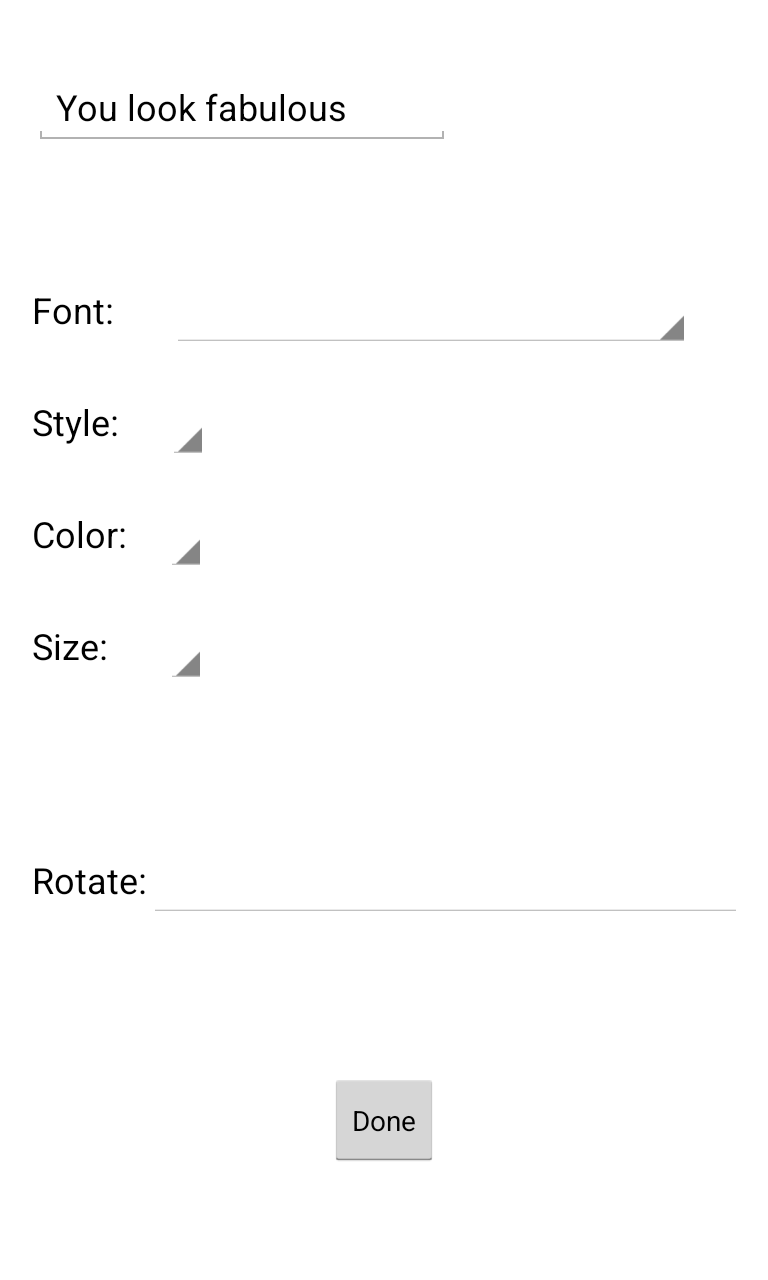
Repository: rtyanas/MyPics
Layout: workspace/MyPic/res/layout/activity_settings.xml
The author's editor kept a copy of each file at every save. The layout is drawn from the files as they stood at one save, then again after the next save.
It is drawn on a 768 x 1280 px phone screen (xhdpi) without system bars, with theme AppTheme; the app's code is not run.

Above is the layout before, as saved 2013-12-17 19:52:09.

### workspace/MyPic/res/layout/activity_settings.xml
<RelativeLayout xmlns:android="http://schemas.android.com/apk/res/android"
    xmlns:tools="http://schemas.android.com/tools"
    android:id="@+id/message"
    android:layout_width="match_parent"
    android:layout_height="match_parent"
    android:paddingBottom="@dimen/activity_vertical_margin"
    android:paddingLeft="@dimen/activity_horizontal_margin"
    android:paddingRight="@dimen/activity_horizontal_margin"
    android:paddingTop="@dimen/activity_vertical_margin"
    tools:context=".SettingsActivity" >

    <EditText
        android:id="@+id/editText1"
        android:layout_width="wrap_content"
        android:layout_height="wrap_content"
        android:layout_alignParentTop="true"
        android:layout_marginTop="18dp"
        android:ems="10"
        android:text="@string/fabulous" />

    <Button
        android:id="@+id/done"
        style="?android:attr/buttonStyleSmall"
        android:layout_width="wrap_content"
        android:layout_height="wrap_content"
        android:layout_alignParentBottom="true"
        android:layout_centerHorizontal="true"
        android:layout_marginBottom="40dp"
        android:text="@string/done" />

    <LinearLayout
        android:id="@+id/linearLayout1"
        android:layout_width="wrap_content"
        android:layout_height="wrap_content"
        android:layout_alignLeft="@+id/editText1"
        android:layout_below="@+id/editText1"
        android:layout_marginTop="69dp" >

        <TextView
            android:id="@+id/textView2"
            android:layout_width="69dp"
            android:layout_height="wrap_content"
            android:text="@string/font"
            android:textAppearance="?android:attr/textAppearanceMedium" />

        <Spinner
            android:id="@+id/font"
            android:layout_width="261dp"
            android:layout_height="wrap_content" />
    </LinearLayout>

    <LinearLayout
        android:id="@+id/linearLayout2"
        android:layout_width="wrap_content"
        android:layout_height="wrap_content"
        android:layout_alignLeft="@+id/linearLayout1"
        android:layout_below="@+id/linearLayout1"
        android:layout_marginTop="24dp" >

        <TextView
            android:id="@+id/textView1"
            android:layout_width="67dp"
            android:layout_height="wrap_content"
            android:text="@string/style"
            android:textAppearance="?android:attr/textAppearanceMedium" />

        <Spinner
            android:id="@+id/style"
            android:layout_width="wrap_content"
            android:layout_height="wrap_content"
            android:layout_weight="1" />
    </LinearLayout>

    <LinearLayout
        android:id="@+id/linearLayout3"
        android:layout_width="wrap_content"
        android:layout_height="wrap_content"
        android:layout_alignLeft="@+id/linearLayout2"
        android:layout_below="@+id/linearLayout2"
        android:layout_marginTop="24dp" >

        <TextView
            android:id="@+id/textView3"
            android:layout_width="66dp"
            android:layout_height="wrap_content"
            android:text="@string/color_label"
            android:textAppearance="?android:attr/textAppearanceMedium" />

        <Spinner
            android:id="@+id/color"
            android:layout_width="wrap_content"
            android:layout_height="wrap_content"
            android:layout_weight="1" />
    </LinearLayout>

    <LinearLayout
        android:id="@+id/linearLayout4"
        android:layout_width="wrap_content"
        android:layout_height="wrap_content"
        android:layout_alignLeft="@+id/linearLayout3"
        android:layout_below="@+id/linearLayout3"
        android:layout_marginTop="24dp" >

        <TextView
            android:id="@+id/textView4"
            android:layout_width="66dp"
            android:layout_height="wrap_content"
            android:text="@string/size_label"
            android:textAppearance="?android:attr/textAppearanceMedium" />

        <Spinner
            android:id="@+id/size"
            android:layout_width="wrap_content"
            android:layout_height="wrap_content"
            android:layout_marginBottom="61dp"
            android:layout_weight="1"  />
    </LinearLayout>

    <LinearLayout
        android:id="@+id/linearLayout5"
        android:layout_width="wrap_content"
        android:layout_height="wrap_content"
        android:layout_alignLeft="@+id/linearLayout4"
        android:layout_below="@+id/linearLayout4"
        android:layout_marginTop="24dp" >

        <TextView
            android:id="@+id/textView5"
            android:layout_width="wrap_content"
            android:layout_height="wrap_content"
            android:text="@string/rotate_label"
            android:textAppearance="?android:attr/textAppearanceMedium" />

        <Spinner
            android:id="@+id/rotate"
            android:layout_width="364dp"
            android:layout_height="wrap_content"  />
    </LinearLayout>

</RelativeLayout>

### workspace/MyPic/res/values/strings.xml
<?xml version="1.0" encoding="utf-8"?>
<resources>

    <string name="app_name">MyPic</string>
    <string name="action_settings">Settings</string>
    <string name="hello_world">Hello world!</string>
    <string name="fabulous">You look fabulous</string>
    <string name="my_pic_image">myPic Image</string>
    <string name="get_image">Get Image</string>
    <string name="title_activity_get_image">GetImageActivity</string>
    <string name="title_activity_settings">SettingsActivity</string>
    <string name="init_text">You are fabulous</string>
    <string name="done">Done</string>
    <string-array name="Fonts">
        <item >Normal</item>
        <item >Monospace</item>
        <item >Sans Serif</item>
        <item >Serif</item>
    </string-array>
    <string-array name="Color">
        <item >Black</item>
        <item >Red</item>
        <item >Green</item>
        <item >White</item>
        <item >Blue</item>
        <item >Grey</item>
        <item >Cyan</item>
        <item >Dark Gray</item>
        <item >Magenta</item>
        <item >Transparent</item>
        <item >Yellow</item>
    </string-array>
    <string-array name="Style">
        <item >Bold</item>
        <item >Bold Italic</item>
        <item >Italic</item>
        <item >Normal</item>
    </string-array>
    <string-array name="Size">
        <item >12</item>
        <item >16</item>
        <item >18</item>
        <item >24</item>
        <item >28</item>
        <item >32</item>
        <item >36</item>
        <item >40</item>
    </string-array>
    <string-array name="Rotate">
        <item >0</item>
        <item >-90</item>
        <item >90</item>
    </string-array>
        <string name="font">Font:</string>
        <string name="style">Style:</string>
        <string name="color_label">Color:</string>
        <string name="size_label">Size:</string>
        <string name="rotate_label">Rotate:</string>

</resources>

Loaded but not shown: workspace/MyPic/res/values/styles.xml (common file); workspace/MyPic/res/values-v11/styles.xml (common file); workspace/MyPic/res/values-v14/styles.xml (common file); workspace/MyPic/res/values/dimens.xml (common file)

After the next save:
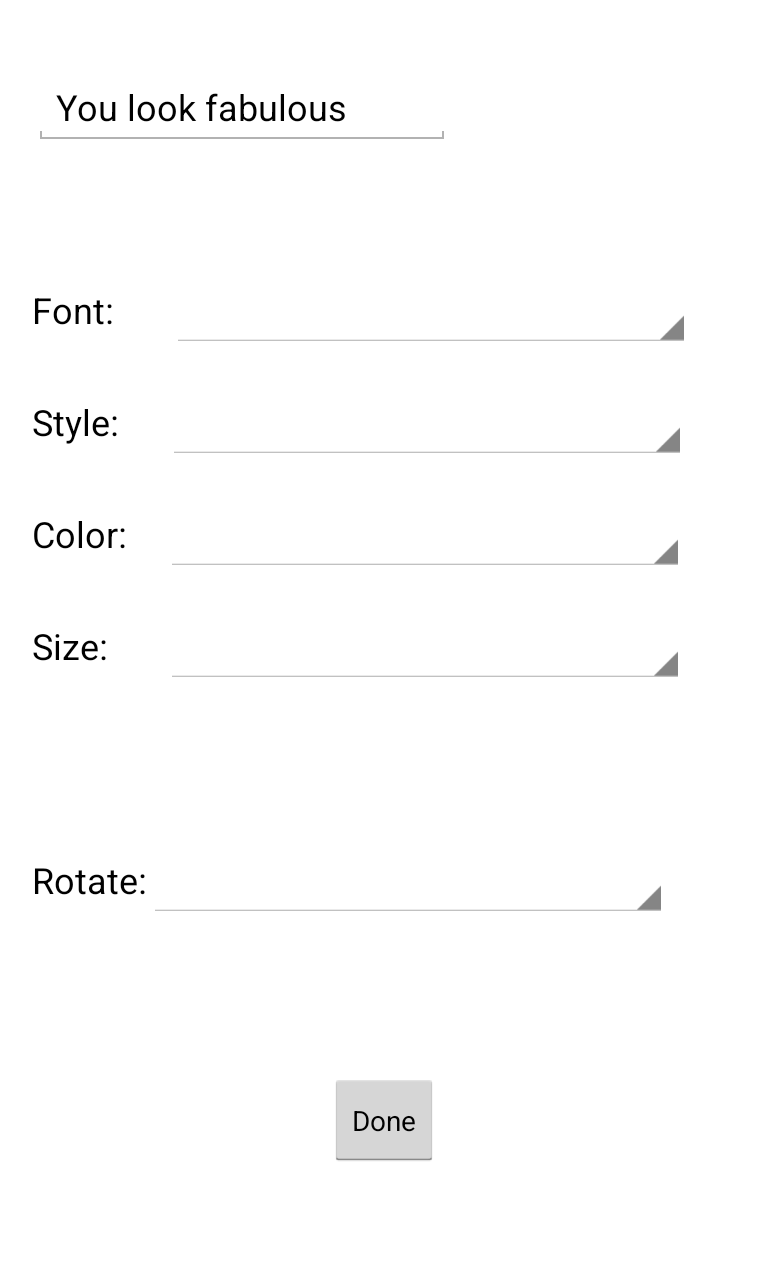
Saved 2 min 42 s later.
--- a/workspace/MyPic/res/layout/activity_settings.xml
+++ b/workspace/MyPic/res/layout/activity_settings.xml
@@ -66,7 +66,7 @@
 
         <Spinner
             android:id="@+id/style"
-            android:layout_width="wrap_content"
+            android:layout_width="261dp"
             android:layout_height="wrap_content"
             android:layout_weight="1" />
     </LinearLayout>
@@ -88,7 +88,7 @@
 
         <Spinner
             android:id="@+id/color"
-            android:layout_width="wrap_content"
+            android:layout_width="261dp"
             android:layout_height="wrap_content"
             android:layout_weight="1" />
     </LinearLayout>
@@ -110,7 +110,7 @@
 
         <Spinner
             android:id="@+id/size"
-            android:layout_width="wrap_content"
+            android:layout_width="261dp"
             android:layout_height="wrap_content"
             android:layout_marginBottom="61dp"
             android:layout_weight="1"  />
@@ -133,8 +133,9 @@
 
         <Spinner
             android:id="@+id/rotate"
-            android:layout_width="364dp"
-            android:layout_height="wrap_content"  />
+            android:layout_width="261dp"
+            android:layout_height="wrap_content" />
+
     </LinearLayout>
 
 </RelativeLayout>
